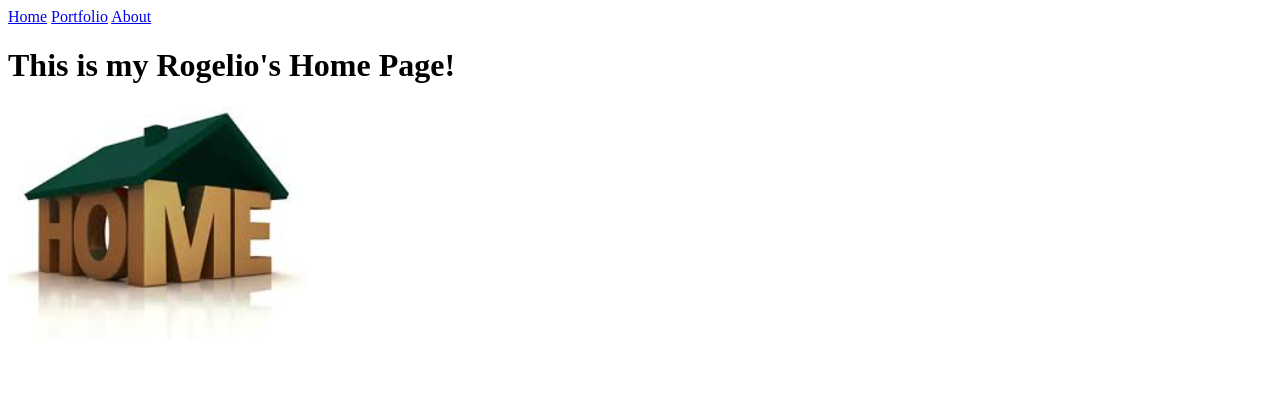
Repository: ralcocer1890/ralcocer1890.github.io
Page: my_website/index.html
The author's editor kept a record of every edit. The page is drawn from the files as they stood at one moment, then again after the next edit.
The browser window is 1280 px wide. The pictures show the whole page.

Above is the page before.

After the next edit:
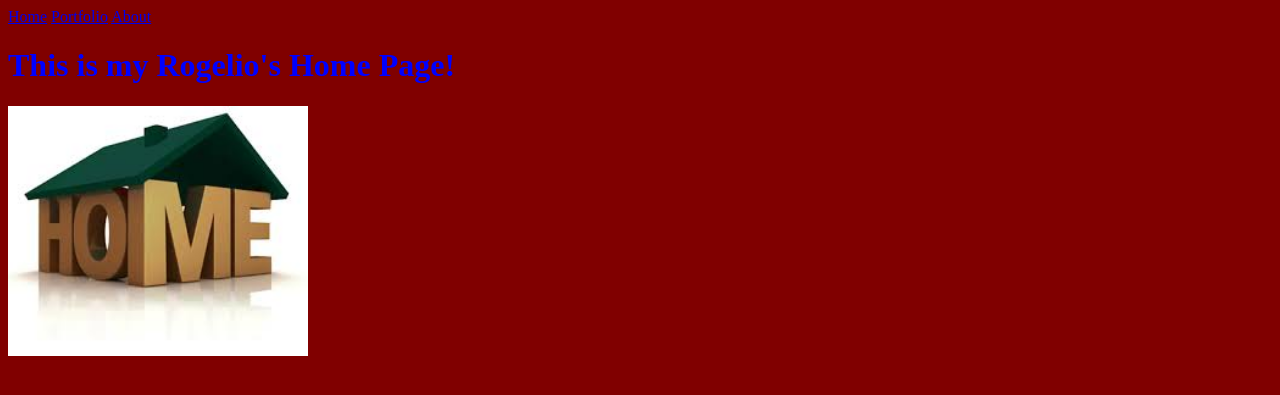
The edit:
--- a/my_website/index.html
+++ b/my_website/index.html
@@ -10,5 +10,9 @@
     <a href="about.html">About</a>
     <h1>This is my Rogelio's Home Page!</h1>
     <img src="images/home.jpg" height="250">
+    <style>
+h1 {color:blue;}
+</style>
+<body style="background-color:Maroon;">
   </body>
 </html>
